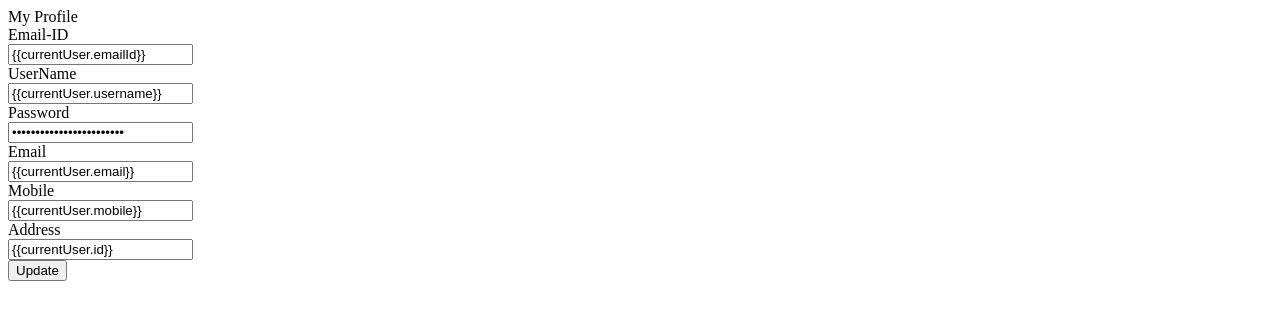
Repository: KaustubhKamat/CollaborationPlatform
Page: CollaborationFrontEnd/WebContent/c_user/MyProfile.html
An editor plug-in stored every save of this project. The page is shown before and after the next save, followed by the edit.
The browser window is 1280 px wide. The pictures show the whole page.

Above is the page before, as saved 2017-03-10 10:21:41.

### CollaborationFrontEnd/WebContent/c_user/MyProfile.html

<body>
	<div class="generic-container" ng-controller="UserController as ctrl">



			<div class="panel panel-default">
				<div class="panel-heading">
					<span class="lead">My Profile </span>
				</div>
				<div class="formcontainer">
					<form ng-submit="ctrl.update()" name="myForm"
						class="form-horizontal">

							<div class="row">
							<div class="form-group col-md-12">
								<label class="col-md-2 control-lable" for="id">Email-ID</label>
								<div class="col-md-7">
									<input type="text"  value= {{currentUser.emailId}}  ng-bind="ctrl.user.emailId" id="id"
										class="userid form-control input-sm"
										placeholder="Enter your EmailID" required ng-minlength="3" />
								</div>
							</div>
						</div>


						<div class="row">
							<div class="form-group col-md-12">
								<label class="col-md-2 control-lable" for="name">UserName</label>
								<div class="col-md-7">
									<input type="text"  value= {{currentUser.username}}  ng-model="ctrl.user.username" id="username"
										class="username form-control input-sm"
										placeholder="Enter your UserName" required ng-minlength="3" />
								</div>
							</div>
						</div>

						<div class="row">
							<div class="form-group col-md-12">
								<label class="col-md-2 control-lable" for="password">Password</label>
								<div class="col-md-7">
									<input type="password" value= {{currentUser.password}} ng-model="ctrl.user.password"
										id="password" class="username form-control input-sm"
										placeholder="Enter your Password" required ng-minlength="3" />
								</div>
							</div>
						</div>


						<div class="row">
							<div class="form-group col-md-12">
								<label class="col-md-2 control-lable" for="email">Email</label>
								<div class="col-md-7">
									<input type="email" value= {{currentUser.email}} ng-model="ctrl.user.email" id="email"
										class="email form-control input-sm"
										placeholder="Enter your Email" required />

								</div>
							</div>
						</div>

						<div class="row">
							<div class="form-group col-md-12">
								<label class="col-md-2 control-lable" for="mobilel">Mobile</label>
								<div class="col-md-7">
									<input type="tel" value= {{currentUser.mobile}} ng-model="ctrl.user.mobile" id="mobile"
										class="mobile form-control input-sm"
										placeholder="Enter your contact number" required />

								</div>
							</div>
						</div>


						<div class="row">
							<div class="form-group col-md-12">
								<label class="col-md-2 control-lable" for="address">Address</label>
								<div class="col-md-7">
									<input type="text"  value= {{currentUser.id}}  width="100" height="50"

										ng-model="ctrl.user.address" id="address"
										class="form-control input-sm"
										placeholder="Enter your Address." />
								</div>
							</div>
						</div>



						<div class="row">
							<div class="form-actions floatRight">
								<input type="submit" value="Update"
									class="btn btn-primary btn-sm">

							</div>
						</div>
					</form>
				</div>
			</div>

		</div>
	</div>


</body>

After the next save:
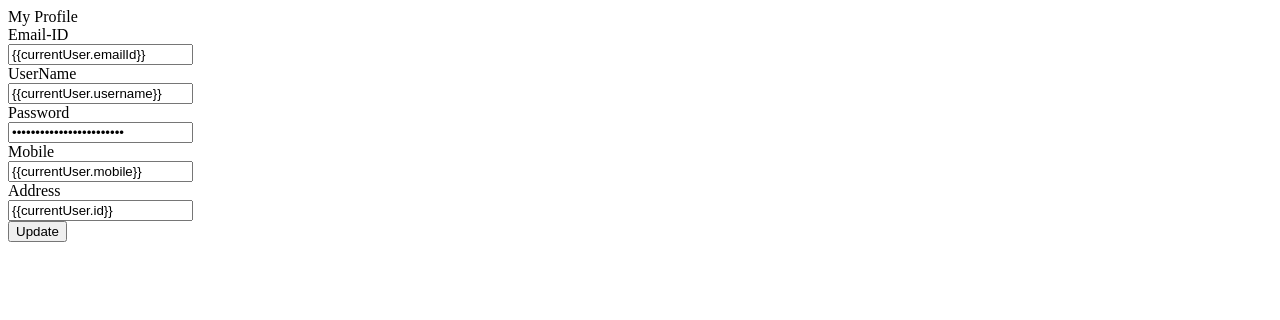
Saved 9 s later.
--- a/CollaborationFrontEnd/WebContent/c_user/MyProfile.html
+++ b/CollaborationFrontEnd/WebContent/c_user/MyProfile.html
@@ -49,18 +49,6 @@
 
 						<div class="row">
 							<div class="form-group col-md-12">
-								<label class="col-md-2 control-lable" for="email">Email</label>
-								<div class="col-md-7">
-									<input type="email" value= {{currentUser.email}} ng-model="ctrl.user.email" id="email"
-										class="email form-control input-sm"
-										placeholder="Enter your Email" required />
-
-								</div>
-							</div>
-						</div>
-
-						<div class="row">
-							<div class="form-group col-md-12">
 								<label class="col-md-2 control-lable" for="mobilel">Mobile</label>
 								<div class="col-md-7">
 									<input type="tel" value= {{currentUser.mobile}} ng-model="ctrl.user.mobile" id="mobile"
